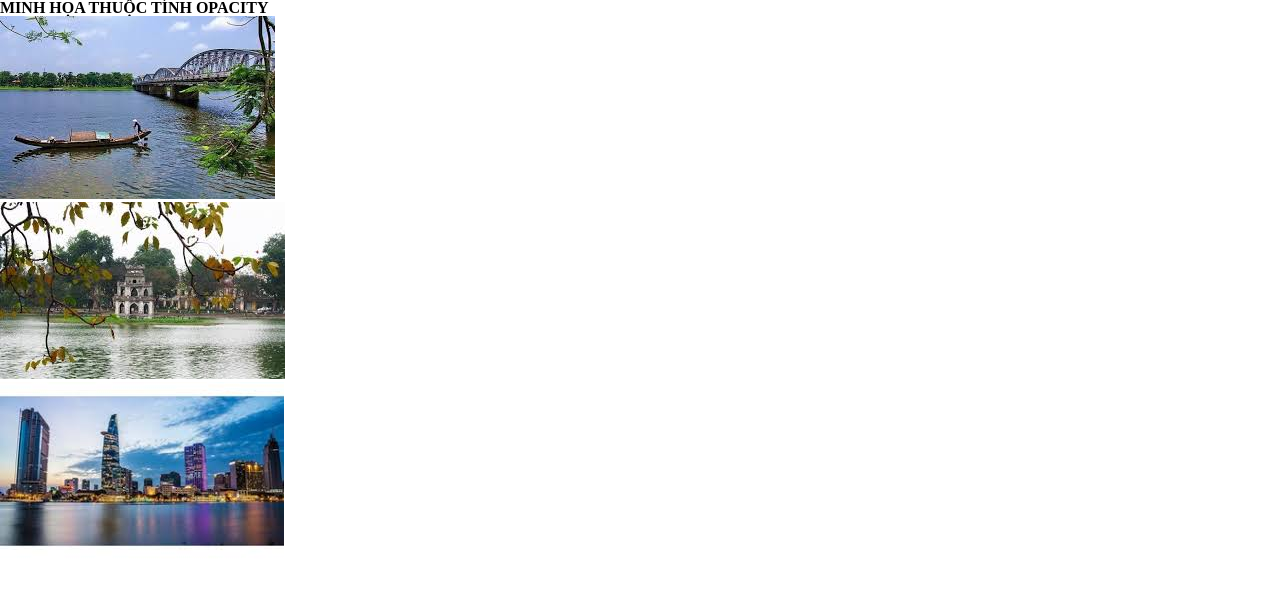
Repository: Tan-Khang21/TH_TKW--Buoi_07
Page: Bai_Tap_Tren_lop/Bai_04/Opacity1.html
An editor plug-in stored every save of this project. The page is shown before and after the next save, followed by the edit.
The browser window is 1280 px wide. The pictures show the whole page.

Above is the page before, as saved 2024-03-12 16:26:19.

### Bai_Tap_Tren_lop/Bai_04/Opacity1.html
<!DOCTYPE html>
<html lang="en">
  <head>
    <meta charset="UTF-8" />
    <meta name="viewport" content="width=device-width, initial-scale=1.0" />
    <title>Document</title>
    <link rel="stylesheet" href="style.css" />
    <link rel="stylesheet" href="reset.css" />
  </head>
  <body>
    <h5 class="title">minh họa thuộc tính opacity</h5>
    <div class="container">
      <div class="box">
        <img src="images/images1.jpg" alt="" />
      </div>
      <div class="box">
        <img src="images/images3.jpg" alt="" />
      </div>
      <div class="box">
        <img src="images/images2.jpg" alt="" />
      </div>
    </div>
  </body>
</html>

### Bai_Tap_Tren_lop/Bai_04/style.css
* {
  box-sizing: border-box;
}
body {
  width: 100%;
}
.title {
  font-weight: bold;
  text-transform: uppercase;
}

Loaded but not shown: Bai_Tap_Tren_lop/Bai_04/reset.css (common file)

After the next save:
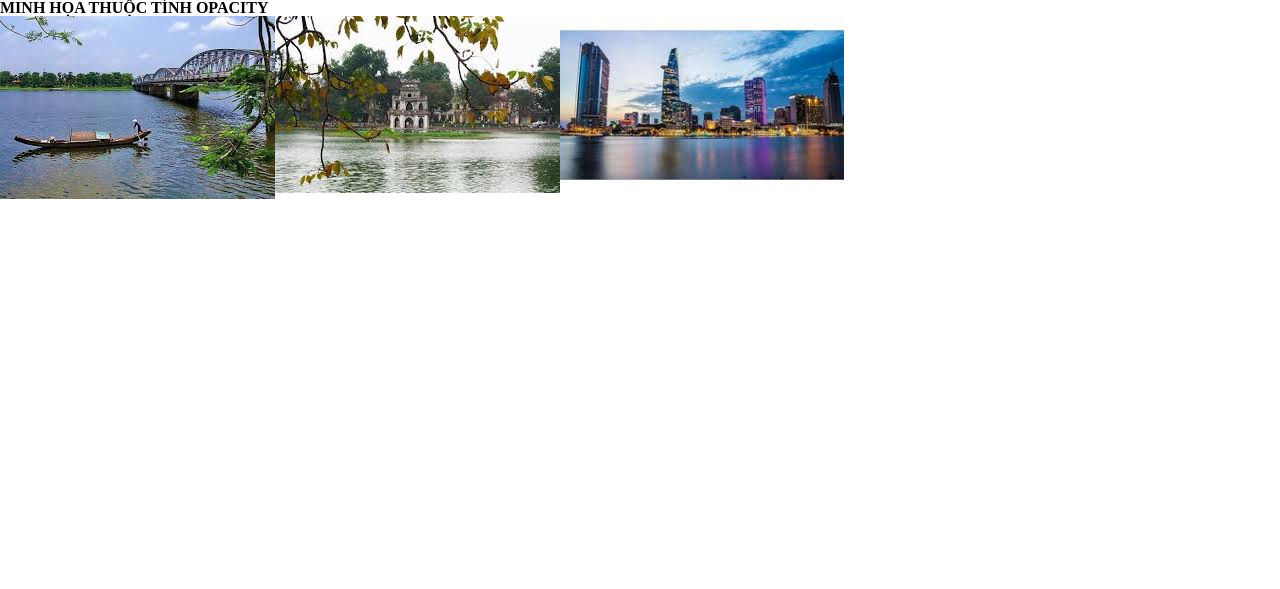
Saved 23 s later.
--- a/Bai_Tap_Tren_lop/Bai_04/style.css
+++ b/Bai_Tap_Tren_lop/Bai_04/style.css
@@ -8,3 +8,6 @@ body {
   font-weight: bold;
   text-transform: uppercase;
 }
+.container {
+  display: flex;
+}
